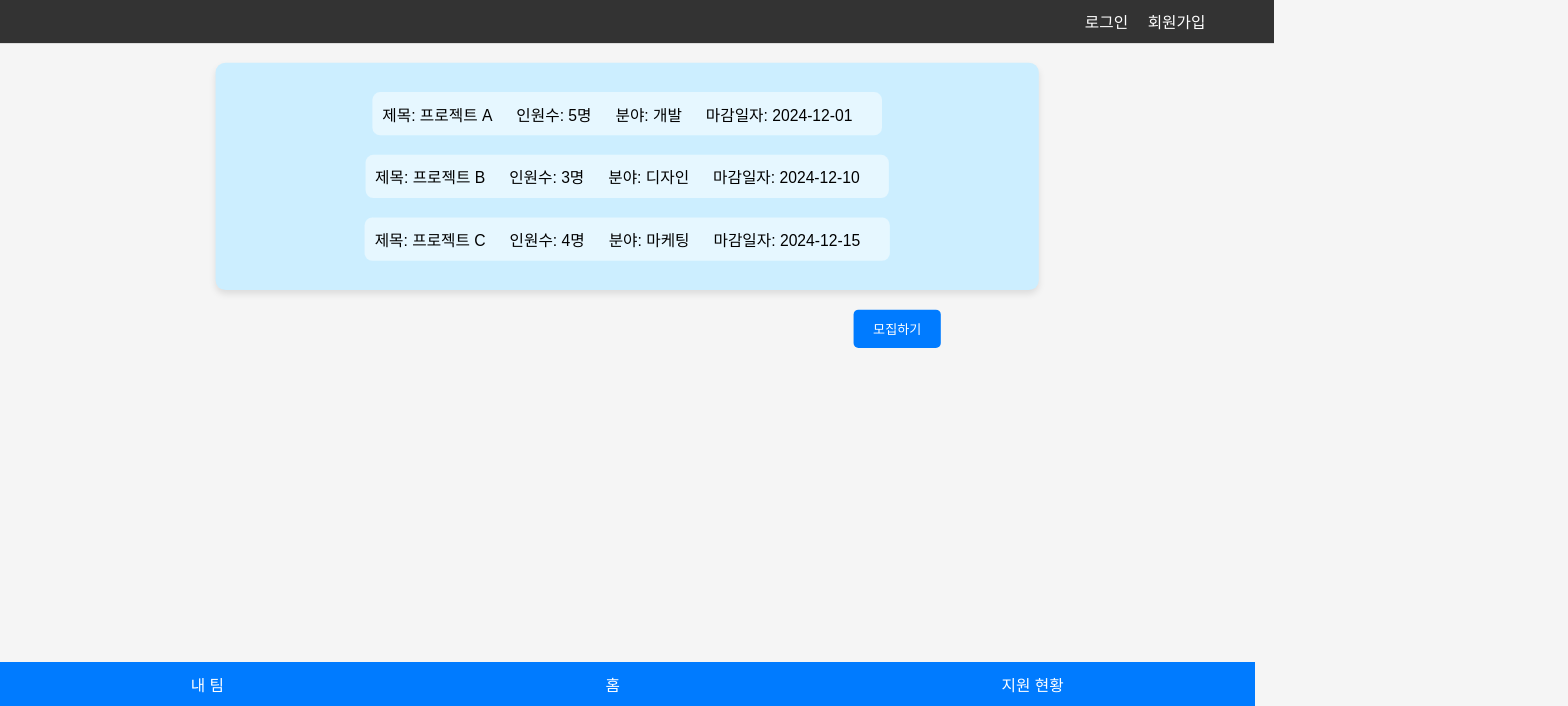
Repository: TUK-WEBSERIVCE/tuk-team-gem
Page: tuk-team-gem/src/main/webapp/main/mainPage.html
An editor plug-in stored every save of this project. The page is shown before and after the next save, followed by the edit.
The browser window is 1280 px wide. The page is 1600 px wide, so the pictures cover 1600 px, including what lies to the right of the window. The pictures show the whole page, at 98% of full size.

Above is the page before, as saved 2024-11-13 12:24:20.

### tuk-team-gem/src/main/webapp/main/mainPage.html
<!DOCTYPE html>
<html lang="ko">
<head>
    <meta charset="UTF-8">
    <meta name="viewport" content="width=device-width, initial-scale=1.0">
    <title>tuk-team-gem</title>
    <style>
        body {
            font-family: Arial, sans-serif;
            margin: 0;
            padding: 0;
            display: flex;
            flex-direction: column;
            align-items: center;
            background-color: #f5f5f5;
        }
        header {
            width: 100%;
            display: flex;
            justify-content: flex-end;
            padding: 10px 20px;
            background-color: #333;
            color: white;
        }
        header a {
            color: white;
            margin-left: 20px;
            text-decoration: none;
        }
        .container {
            background-color: #cceeff;
            width: 80%;
            max-width: 800px;
            margin: 20px auto;
            padding: 20px;
            border-radius: 10px;
            box-shadow: 0 4px 8px rgba(0, 0, 0, 0.1);
        }
        .list-item {
            background-color: #e6f7ff;
            padding: 10px;
            margin: 10px 0;
            border-radius: 8px;
            text-align: center;
        }
        .list-item span {
            display: inline-block;
            margin-right: 20px;
        }
        .list-container {
            display: flex;
            flex-direction: column;
            align-items: center;
        }
        /* 모집하기 버튼을 프레임 밖으로 배치 */
        .button-container {
			width: 100%; /* 화면 전체 너비 사용 */
    		display: flex;
    		justify-content: flex-end; /* 오른쪽으로 정렬 */
		    margin-bottom: 20px;
		    padding-right: 50%; /* 오른쪽 여백 */
        }
        .button-container button {
            padding: 10px 20px;
            background-color: #007bff;
            color: white;
            border: none;
            border-radius: 5px;
            cursor: pointer;
        }
        .button-container button:hover {
            background-color: #0056b3;
        }
        nav {
            width: 100%;
            background-color: #007bff;
            padding: 10px 0;
            position: fixed;
            bottom: 0;
        }
        nav ul {
            list-style-type: none;
            display: flex;
            justify-content: space-around;
            margin: 0;
            padding: 0;
        }
        nav ul li a {
            color: white;
            text-decoration: none;
        }
    </style>
</head>
<body>
    <!-- 우상단 로그인 및 회원가입 -->
    <header>
        <a href="#">로그인</a>
        <a href="#" style="margin-right: 50px;">회원가입</a>
    </header>

    <!-- 중앙 리스트 -->
    <div class="container">
        <div class="list-container">
            <!-- DB에서 불러온 데이터 목록 (샘플 데이터) -->
            <div class="list-item">
                <span>제목: 프로젝트 A</span>
                <span>인원수: 5명</span>
                <span>분야: 개발</span>
                <span>마감일자: 2024-12-01</span>
            </div>
            <div class="list-item">
                <span>제목: 프로젝트 B</span>
                <span>인원수: 3명</span>
                <span>분야: 디자인</span>
                <span>마감일자: 2024-12-10</span>
            </div>
            <div class="list-item">
                <span>제목: 프로젝트 C</span>
                <span>인원수: 4명</span>
                <span>분야: 마케팅</span>
                <span>마감일자: 2024-12-15</span>
            </div>
        </div>
    </div>

    <!-- 모집하기 버튼을 프레임 밖으로 이동 -->
    <div class="button-container">
        <button>모집하기</button>
    </div>

    <!-- 하단 네비게이션 바 -->
    <nav>
        <ul>
            <li><a href="#">내 팀</a></li>
            <li><a href="#">홈</a></li>
            <li><a href="#">지원 현황</a></li>
        </ul>
    </nav>
</body>
</html>

After the next save:
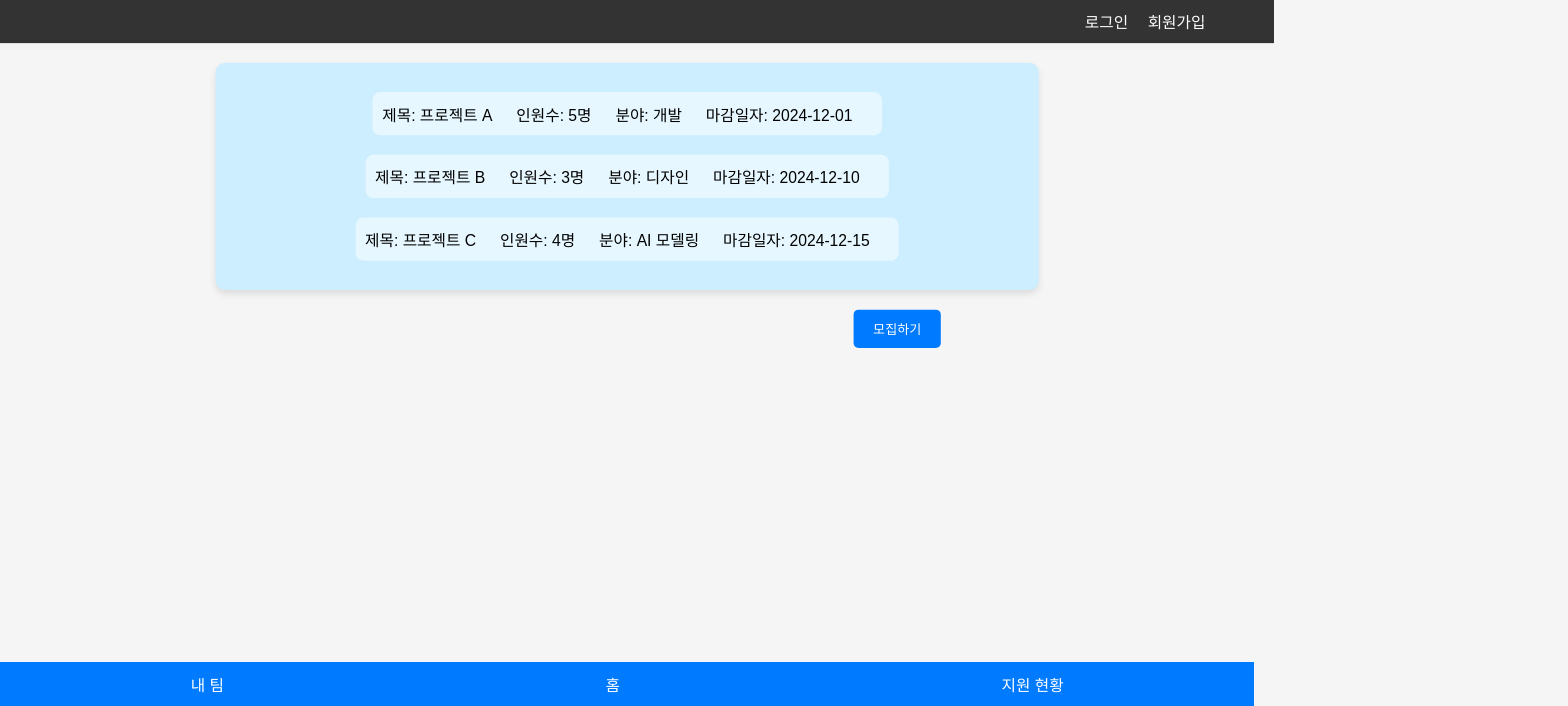
Saved 2 min 56 s later.
--- a/tuk-team-gem/src/main/webapp/main/mainPage.html
+++ b/tuk-team-gem/src/main/webapp/main/mainPage.html
@@ -117,7 +117,7 @@
             <div class="list-item">
                 <span>제목: 프로젝트 C</span>
                 <span>인원수: 4명</span>
-                <span>분야: 마케팅</span>
+                <span>분야: AI 모델링</span>
                 <span>마감일자: 2024-12-15</span>
             </div>
         </div>
